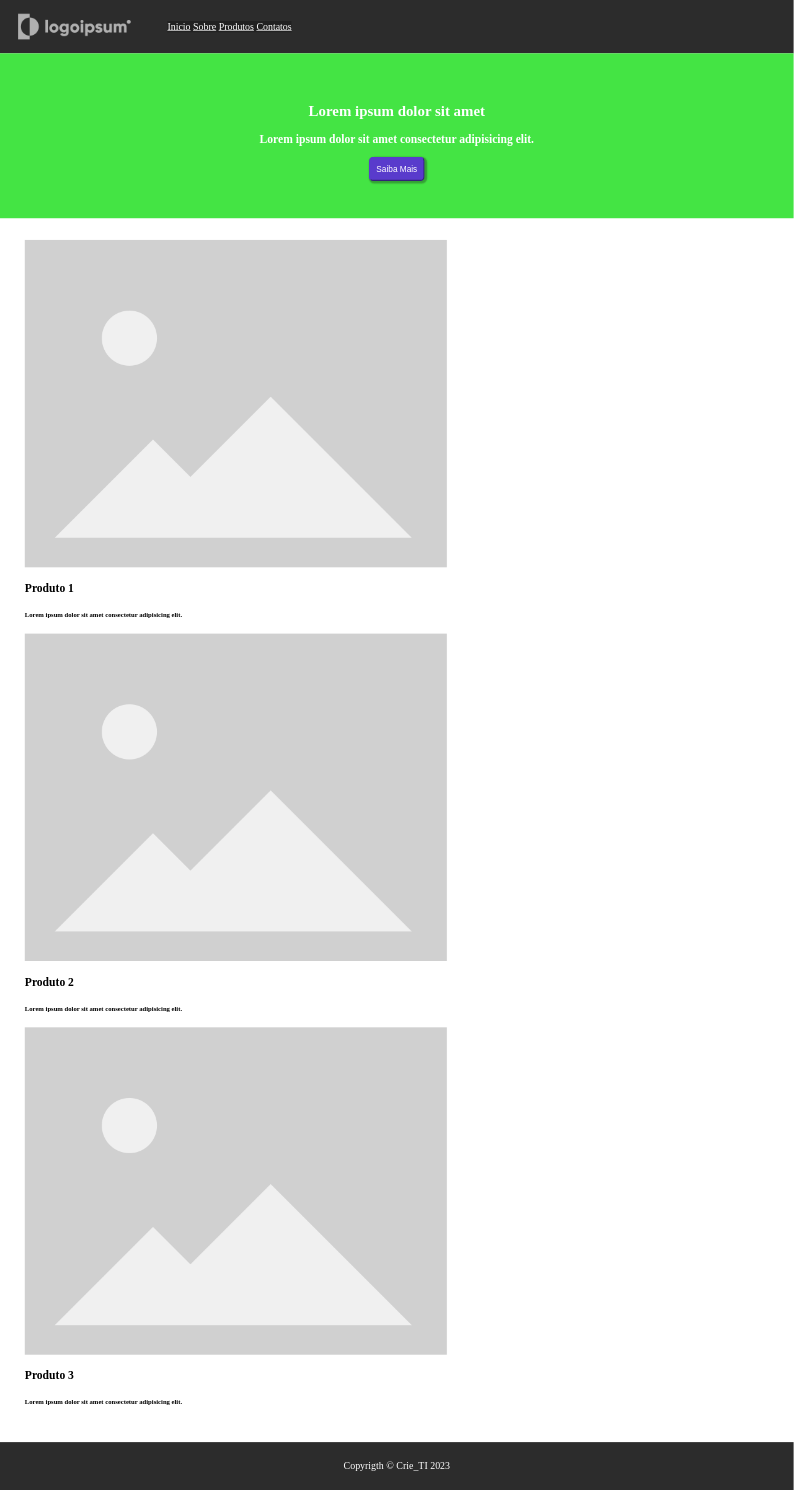
Repository: robsonwssantos/Projeto_Olaria
Page: Exercicios/ex.01/index.html
An editor plug-in stored every save of this project. The page is shown before and after the next save, followed by the edit.
The browser window is 1280 px wide. The pictures show the whole page, at 62% of full size.

Above is the page before, as saved 2023-04-21 11:17:30.

After the next save:
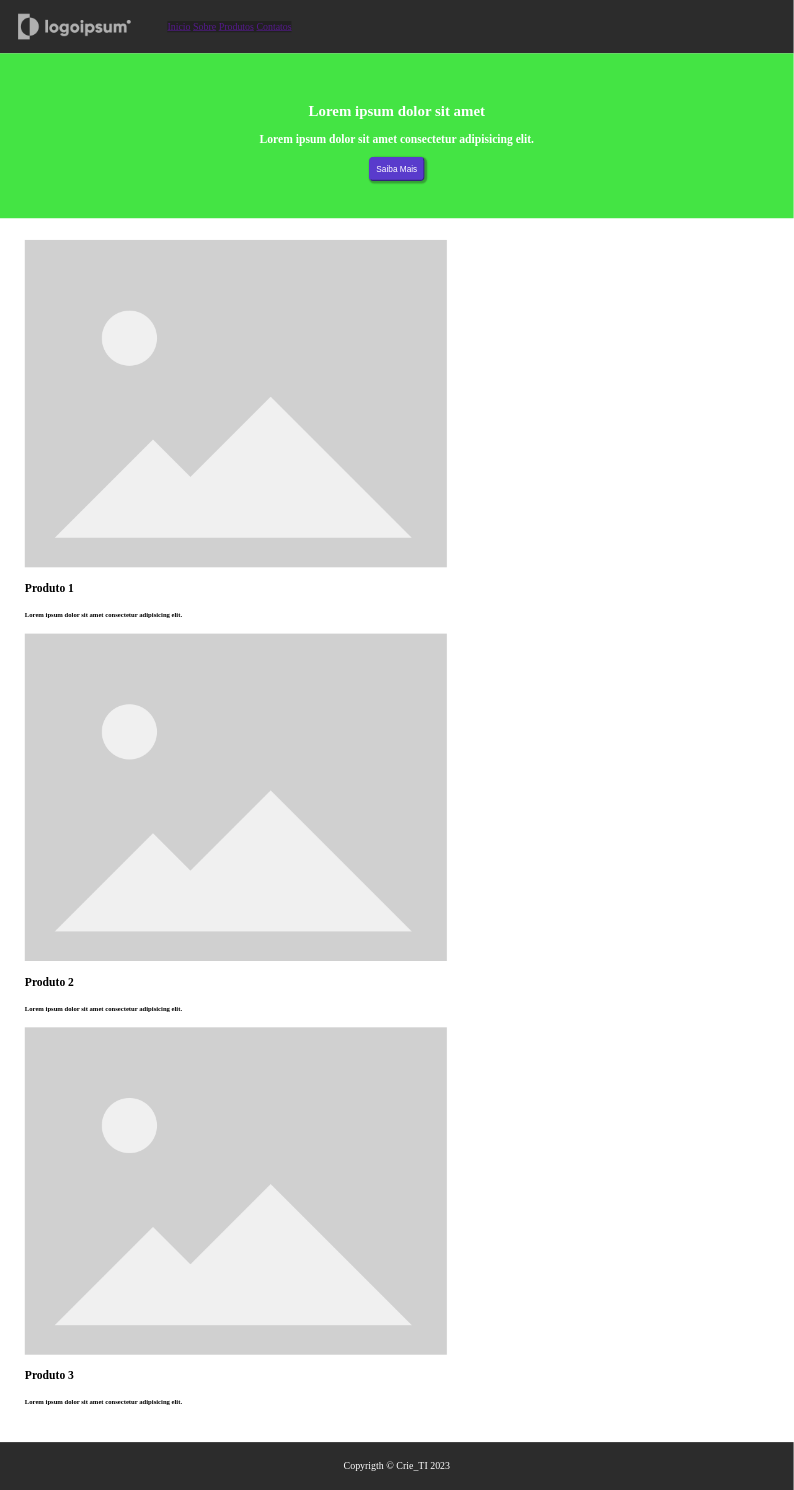
Saved 49 s later.
--- a/Exercicios/ex.01/index.html
+++ b/Exercicios/ex.01/index.html
@@ -53,7 +53,7 @@
             margin-right: 50px;
         }
 
-        header a {
+        header a :hover {
             color: #ffffff;
         }
         .container {
